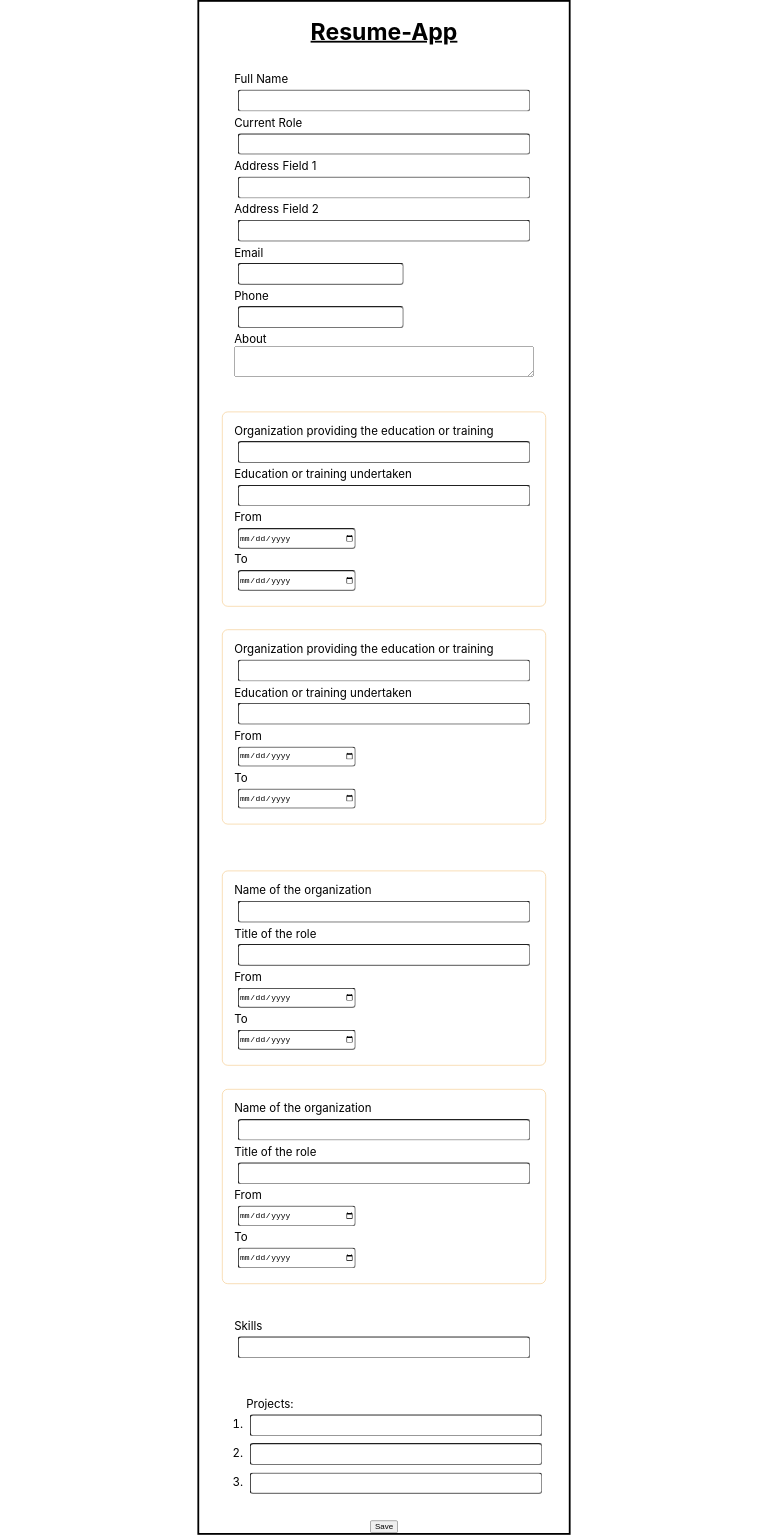
Repository: 0101chaitanya/resume-app
Page: /
These files come from the project's save history. The page is drawn as it stood at one moment and after the next save; the edit follows.
The browser window is 1280 px wide. The pictures show the whole page, at 60% of full size.
The project was rebuilt for these pictures with package versions that can differ from the ones it lists, and the page was loaded fresh each time.

Above is the page before, as saved 2021-07-28 17:41:11.

### src/App.js
import React, { useState, useEffect } from "react";
import logo from "./logo.svg";
import "./App.css";

function App() {
  const [state, setState] = useState({
    fullName: "",
    currentRole: "",
    address1: "",
    address2: "",

    schoolName1: "",
    titleOfStudy1: "",
    from1: "",
    to1: "",

    schoolName2: "",
    titleOfStudy2: "",
    from2: "",
    to2: "",

    organizationName1: "",
    titleOfRole1: "",
    workedFrom1: "",
    workedTill1: "",

    organizationName2: "",
    titleOfRole2: "",
    workedFrom2: "",
    workedTill2: "",

    skills: "",

    project1: "",
    project2: "",
    project3: "",
  });
  useEffect(() => {
    console.log(state);
  });
  const onChange = (e) => {
    const { name, value } = e.target;
    setState({
      ...state,
      [name]: value,
    });
  };
  const handleSubmit = (e) => {
    localStorage.setItem("savedData", JSON.stringify(state));
    setState({
      fullName: "",
      currentRole: "",
      address1: "",
      address2: "",
      email: "",
      phone: "",
      about: "fsfesffsffsefsfsefes",
      schoolName1: "",
      titleOfStudy1: "",
      from1: "",
      to1: "",
      schoolName2: "",
      titleOfStudy2: "",
      from2: "",
      to2: "",
      organizationName1: "",
      titleOfRole1: "",
      workedFrom1: "",
      workedTill1: "",
      organizationName2: "",
      titleOfRole2: "",
      workedFrom2: "",
      workedTill2: "",
      skills: "",
      project1: "",
      project2: "",
      project3: "",
    });
    e.target.submit();
  };

  return (
    <div className="app">
      <header className="App-header">
        <h1>Resume-App</h1>
      </header>
      <form
        onSubmit={(e) => {
          e.preventDefault();
          handleSubmit(e);
        }}
      >
        <div className="section section1">
          <label htmlFor="fullName">
            Full Name
            <input
              required
              id="fullName"
              name="fullName"
              onChange={onChange}
              value={state.fullName}
              type="text"
            />
          </label>
          <label htmlFor="currentRole">
            Current Role
            <input
              required
              id="currentRole"
              name="currentRole"
              onChange={onChange}
              value={state.currentRole}
              type="text"
            />
          </label>
          <label htmlFor="address1">
            Address Field 1
            <input
              required
              id="address1"
              name="address1"
              onChange={onChange}
              value={state.address1}
              type="text"
            />
          </label>
          <label htmlFor="address2">
            Address Field 2
            <input
              required
              id="address2"
              name="address2"
              onChange={onChange}
              value={state.address2}
              type="text"
            />
          </label>
          <label htmlFor="email">
            Email
            <input
              required
              id="email"
              name="email"
              onChange={onChange}
              value={state.email}
              type="email"
            />
          </label>
          <label htmlFor="phone">
            Phone
            <input
              required
              id="phone"
              name="phone"
              onChange={onChange}
              value={state.phone}
              type="tel"
            />
          </label>
          <label htmlFor="about">
            About
            <textarea
              rows={3}
              id="about"
              name="about"
              onChange={onChange}
              value={state.about}
            />
          </label>
        </div>
        <div className="section section2">
          <div className="edu1">
            <label htmlFor="schoolName1">
              Organization providing the education or training
              <input
                required
                id="schoolName1"
                name="schoolName1"
                onChange={onChange}
                value={state.schoolName1}
                type="text"
              />
            </label>
            <label htmlFor="titleOfStudy1">
              Education or training undertaken
              <input
                required
                id="titleOfStudy1"
                name="titleOfStudy1"
                onChange={onChange}
                value={state.titleOfStudy1}
                type="text"
              />
            </label>
            <label htmlFor="from1">
              From
              <input
                required
                id="from1"
                name="from1"
                onChange={onChange}
                value={state.from1}
                type="date"
              />
            </label>
            <label htmlFor="to1">
              To
              <input
                required
                id="to1"
                name="to1"
                onChange={onChange}
                value={state.to1}
                type="date"
              />
            </label>
          </div>
          <div className="edu2">
            <label htmlFor="schoolName2">
              Organization providing the education or training
              <input
                required
                id="schoolName2"
                name="schoolName2"
                onChange={onChange}
                value={state.schoolName2}
                type="text"
              />
            </label>
            <label htmlFor="titleOfStudy2">
              Education or training undertaken
              <input
                required
                id="titleOfStudy2"
                name="titleOfStudy2"
                onChange={onChange}
                value={state.titleOfStudy2}
                type="text"
              />
            </label>
            <label htmlFor="from2">
              From
              <input
                required
                id="from2"
                name="from2"
                onChange={onChange}
                value={state.from2}
                type="date"
              />
            </label>
            <label htmlFor="to2">
              To
              <input
                required
                id="to2"
                name="to2"
                onChange={onChange}
                value={state.to2}
                type="date"
              />
            </label>
          </div>
        </div>
        <div className="section section3">
          <div className="job1">
            <label htmlFor="organizationName1">
              Name of the organization
              <input
                required
                id="organizationName1"
                name="organizationName1"
                onChange={onChange}
                value={state.organizationName1}
                type="text"
              />
            </label>
            <label htmlFor="titleOfRole1">
              Title of the role
              <input
                required
                id="titleOfRole1"
                name="titleOfRole1"
                onChange={onChange}
                value={state.titleOfRole1}
                type="text"
              />
            </label>
            <label htmlFor="workedFrom1">
              From
              <input
                required
                id="workedFrom1"
                name="workedFrom1"
                onChange={onChange}
                value={state.workedFrom1}
                type="date"
              />
            </label>
            <label htmlFor="workedTill1">
              To
              <input
                required
                id="workedTill1"
                name="workedTill1"
                onChange={onChange}
                value={state.workedTill1}
                type="date"
              />
            </label>
          </div>
          <div className="job2">
            <label htmlFor="organizationName2">
              Name of the organization
              <input
                id="organizationName2"
                name="organizationName2"
                onChange={onChange}
                value={state.organizationName2}
                type="text"
              />
            </label>
            <label htmlFor="titleOfRole2">
              Title of the role
              <input
                id="titleOfRole2"
                name="titleOfRole2"
                onChange={onChange}
                value={state.titleOfRole2}
                type="text"
              />
            </label>
            <label htmlFor="workedFrom2">
              From
              <input
                id="workedFrom2"
                name="workedFrom2"
                onChange={onChange}
                value={state.workedFrom2}
                type="date"
              />
            </label>
            <label htmlFor="workedTill2">
              To
              <input
                id="workedTill2"
                name="workedTill2"
                onChange={onChange}
                value={state.workedTill2}
                type="date"
              />
            </label>
          </div>
        </div>
        <div className="section section4">
          <label htmlFor="skills">
            Skills
            <input
              required
              id="skills"
              name="skills"
              onChange={onChange}
              value={state.skills}
              type="text"
            />
          </label>
        </div>
        <div className="section section5">
          <ol>
            Projects:
            <li>
              <label htmlFor="project1">
                <input
                  required
                  id="project1"
                  name="project1"
                  onChange={onChange}
                  value={state.project1}
                  type="text"
                />
              </label>
            </li>
            <li>
              <label htmlFor="project2">
                <input
                  required
                  id="project2"
                  name="project2"
                  onChange={onChange}
                  value={state.project2}
                  type="text"
                />
              </label>
            </li>
            <li>
              <label htmlFor="project3">
                <input
                  id="project3"
                  name="project3"
                  onChange={onChange}
                  value={state.project3}
                  type="text"
                />
              </label>
            </li>
          </ol>
        </div>
        <button type="submit">Save</button>
      </form>
    </div>
  );
}

export default App;

### src/App.css
html {
  font-size: 1.2rem;
  font-weight: 400;
}
input {
  border-radius: 0.3rem;
  height: 1.6rem;
}
.app {
  margin: auto;
  display: flex;
  flex-direction: column;
  border: 0.2rem solid;
  width: fit-content;
  height: fit-content;
}

h1 {
  text-align: center;
  text-decoration: underline;
}
label {
  display: flex;
  flex-direction: column;
}
input[type="text"] {
  width: 25rem;
  margin: 0.3rem;
}
input[type="email"],
input[type="tel"] {
  width: 14rem;

  margin: 0.3rem;
}

input[type="date"] {
  width: 10rem;

  margin: 0.3rem;
}
.edu1,
.edu2,
.job1,
.job2 {
  margin: 1rem;
  padding: 1rem;
  border-radius: 0.5rem;
  border: 1px solid rgb(243, 200, 135);
}
.section {
  margin: 1rem;
  display: flex;
  flex-direction: column;
  justify-content: center;
}
form {
  display: flex;
  flex-direction: column;
  align-items: center;
}
button {
  justify-self: center;
}

Loaded but not shown: public/index.html (common file); src/index.js (common file); src/index.css (common file); src/reportWebVitals.js (common file)

After the next save:
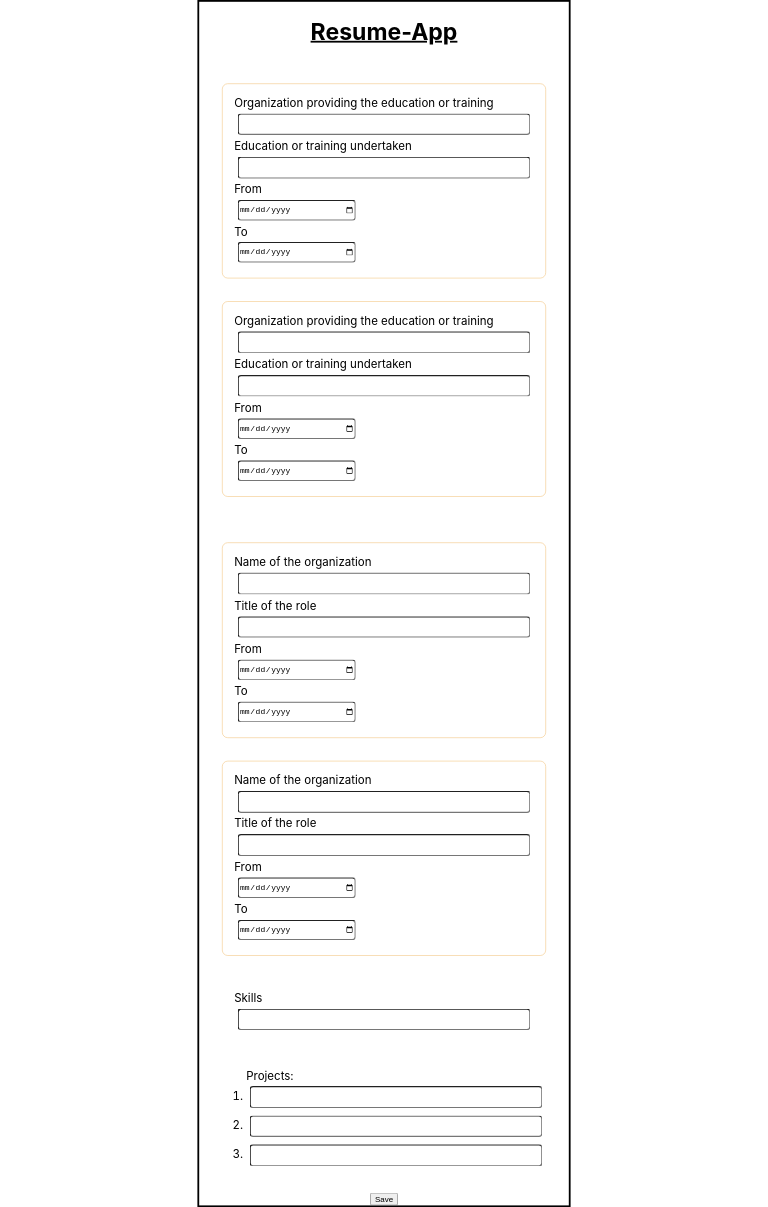
Saved 3 min 20 s later.
--- a/src/App.js
+++ b/src/App.js
@@ -8,7 +8,9 @@ function App() {
     currentRole: "",
     address1: "",
     address2: "",
-
+    about: "",
+    phone: "",
+    email: "",
     schoolName1: "",
     titleOfStudy1: "",
     from1: "",
@@ -90,84 +92,6 @@ function App() {
           handleSubmit(e);
         }}
       >
-        <div className="section section1">
-          <label htmlFor="fullName">
-            Full Name
-            <input
-              required
-              id="fullName"
-              name="fullName"
-              onChange={onChange}
-              value={state.fullName}
-              type="text"
-            />
-          </label>
-          <label htmlFor="currentRole">
-            Current Role
-            <input
-              required
-              id="currentRole"
-              name="currentRole"
-              onChange={onChange}
-              value={state.currentRole}
-              type="text"
-            />
-          </label>
-          <label htmlFor="address1">
-            Address Field 1
-            <input
-              required
-              id="address1"
-              name="address1"
-              onChange={onChange}
-              value={state.address1}
-              type="text"
-            />
-          </label>
-          <label htmlFor="address2">
-            Address Field 2
-            <input
-              required
-              id="address2"
-              name="address2"
-              onChange={onChange}
-              value={state.address2}
-              type="text"
-            />
-          </label>
-          <label htmlFor="email">
-            Email
-            <input
-              required
-              id="email"
-              name="email"
-              onChange={onChange}
-              value={state.email}
-              type="email"
-            />
-          </label>
-          <label htmlFor="phone">
-            Phone
-            <input
-              required
-              id="phone"
-              name="phone"
-              onChange={onChange}
-              value={state.phone}
-              type="tel"
-            />
-          </label>
-          <label htmlFor="about">
-            About
-            <textarea
-              rows={3}
-              id="about"
-              name="about"
-              onChange={onChange}
-              value={state.about}
-            />
-          </label>
-        </div>
         <div className="section section2">
           <div className="edu1">
             <label htmlFor="schoolName1">
